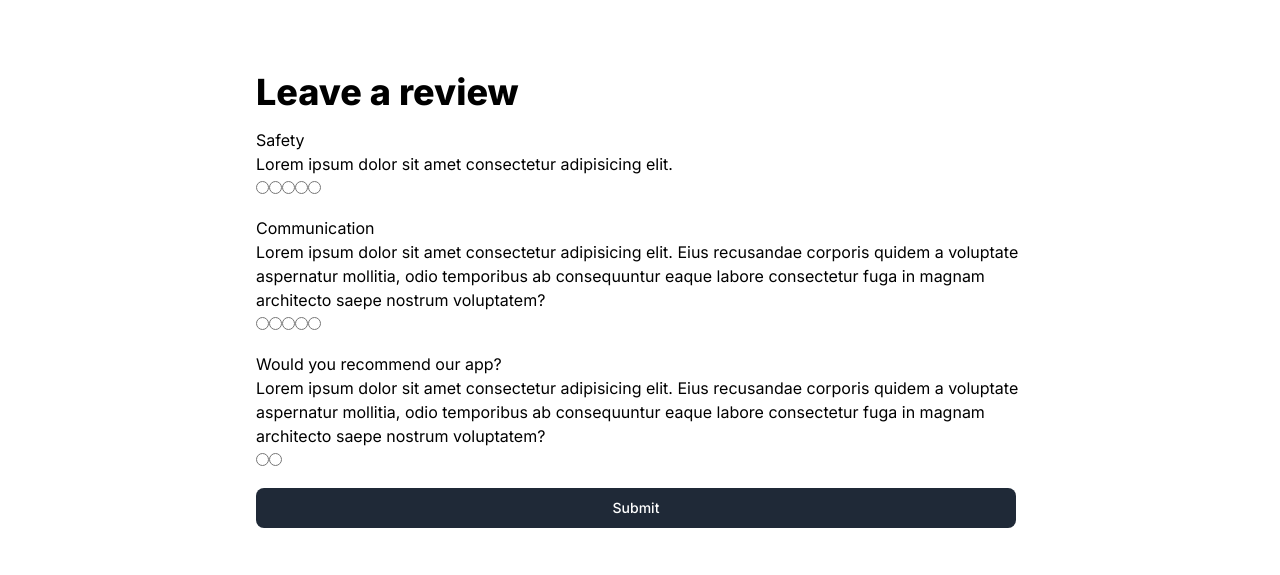
Repository: akankshaajoshi/review-form
Page: /review
The author's editor kept a copy of each file at every save. The page is drawn from the files as they stood at one save, then again after the next save.
The browser window is 1280 px wide. The pictures show the whole page.
The project was rebuilt for these pictures with package versions that can differ from the ones it lists, and the page was loaded fresh each time. The framework's server and built-in components were replaced by stand-ins that run in the browser. Also part of the build but not shown: next.config.mjs.

Above is the page before, as saved 2024-05-25 12:33:42.

After the next save:
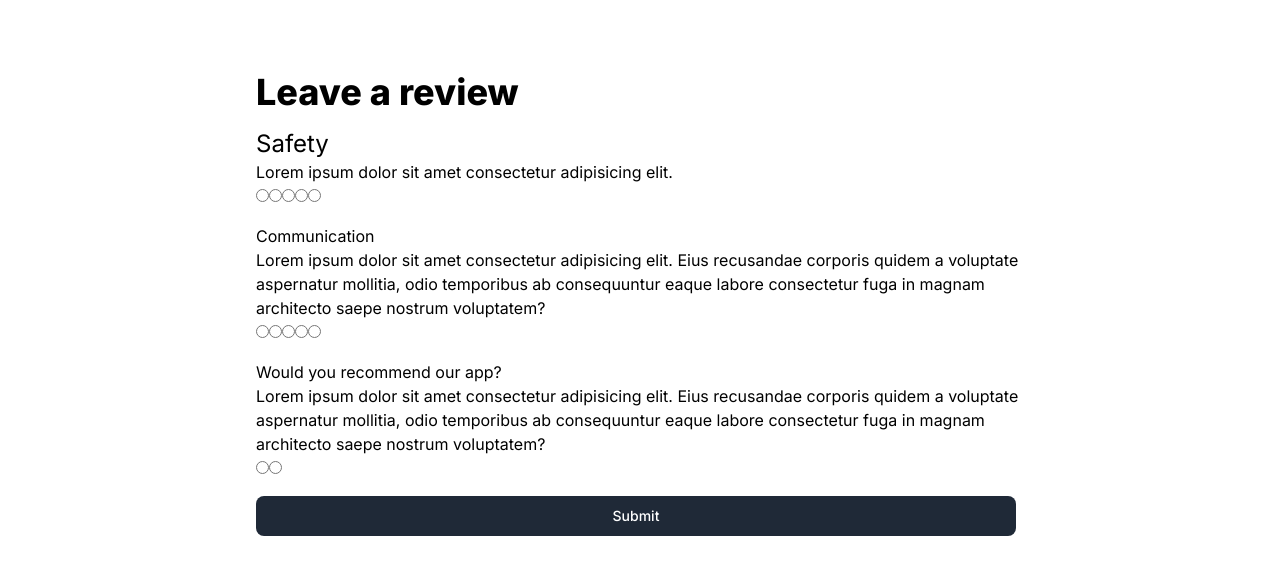
Saved 18 s later.
--- a/app/(routes)/review/page.tsx
+++ b/app/(routes)/review/page.tsx
@@ -25,7 +25,7 @@ export default function Review(){
             {state?.message}
             <form action={formAction} className="flex flex-col gap-y-4">
                 <fieldset>
-                    <label htmlFor="safety">Safety</label>
+                    <label htmlFor="safety" className="text-2xl">Safety</label>
                     <p>Lorem ipsum dolor sit amet consectetur adipisicing elit. </p>
                     {ratings.map((item, index) =>{
                         return (
